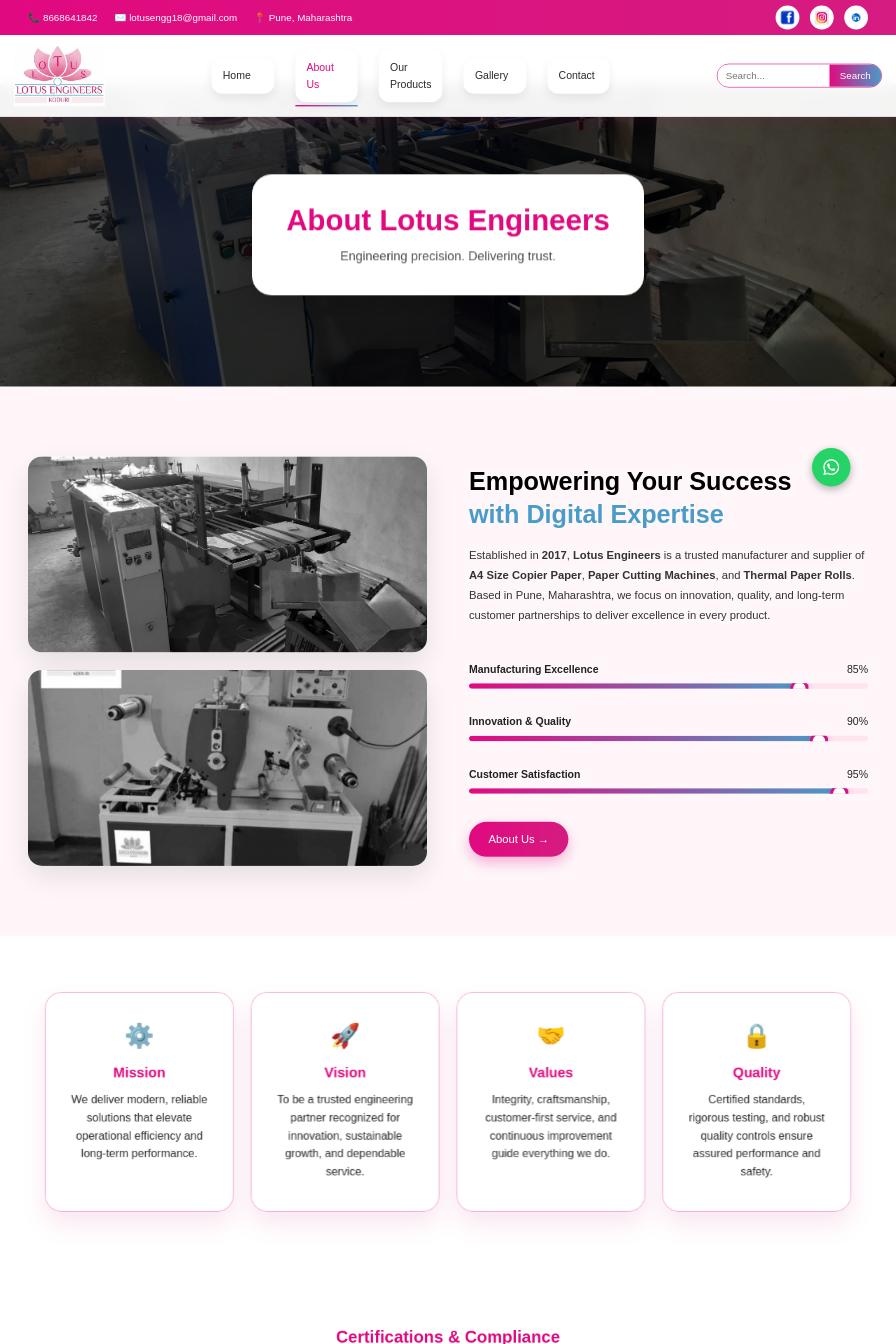
Repository: Khushichugh14/lotus-engineers
Page: about.html
An editor plug-in stored every save of this project. The page is shown before and after the next save, followed by the edit.
The browser window is 1280 px wide. The pictures show the part of the page from y = 0 to 1920 px (the page is 3240 px tall), at 70% of full size.

Above is the page before, as saved 2025-12-24 14:06:09.

After the next save:
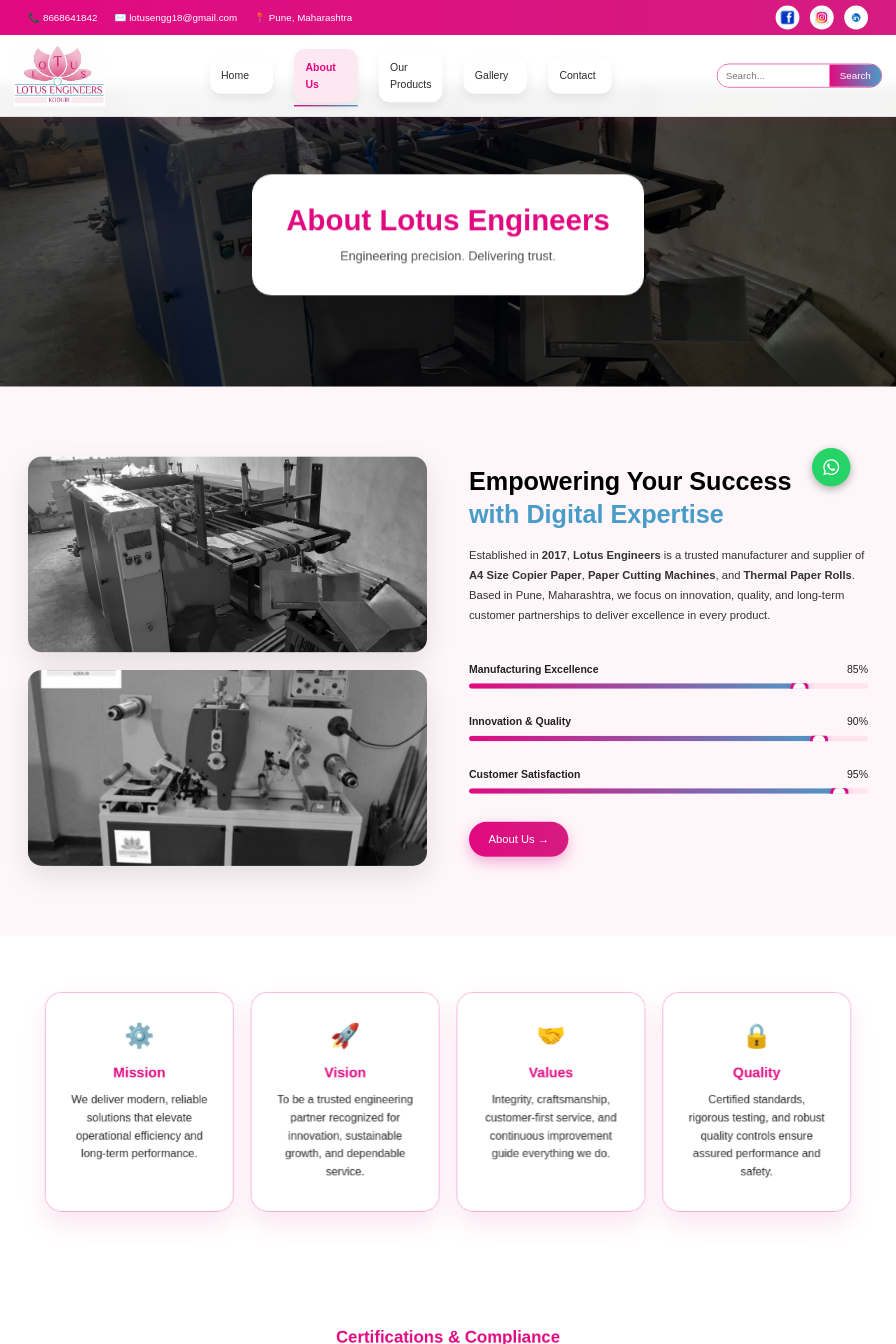
Saved 10 s later.
--- a/navbar.css
+++ b/navbar.css
@@ -238,3 +238,8 @@
   box-shadow: 0 6px 14px rgba(0,0,0,0.07); /* ⬅ lighter shadow */
   transition: all 0.25s ease;
 }
+.nav-links a.active {
+  background: #fde8f1;
+  color: #e10980;
+  font-weight: 600;
+}

After the save that followed:
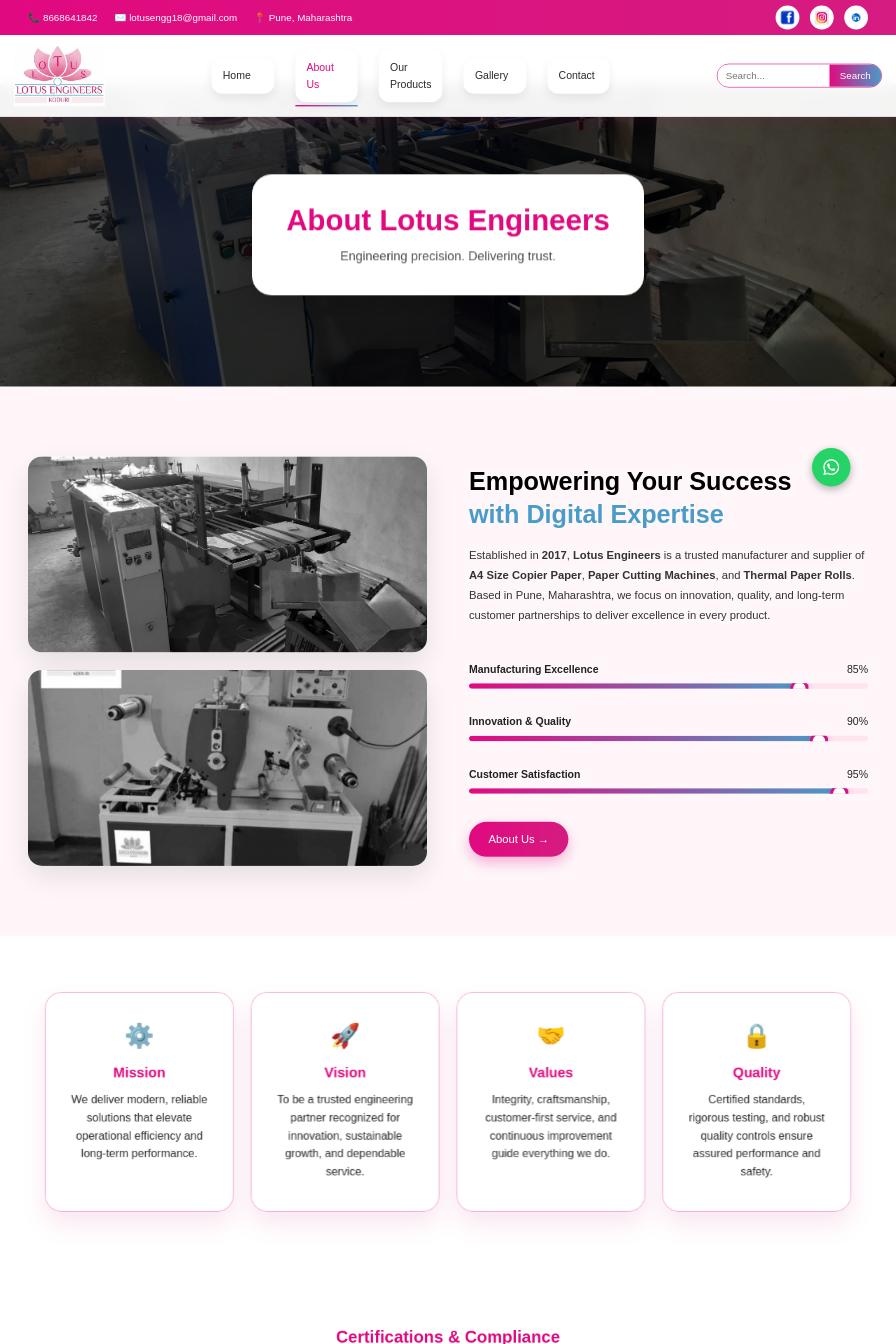
Saved 6 min 5 s later.
--- a/navbar.css
+++ b/navbar.css
@@ -238,8 +238,3 @@
   box-shadow: 0 6px 14px rgba(0,0,0,0.07); /* ⬅ lighter shadow */
   transition: all 0.25s ease;
 }
-.nav-links a.active {
-  background: #fde8f1;
-  color: #e10980;
-  font-weight: 600;
-}
